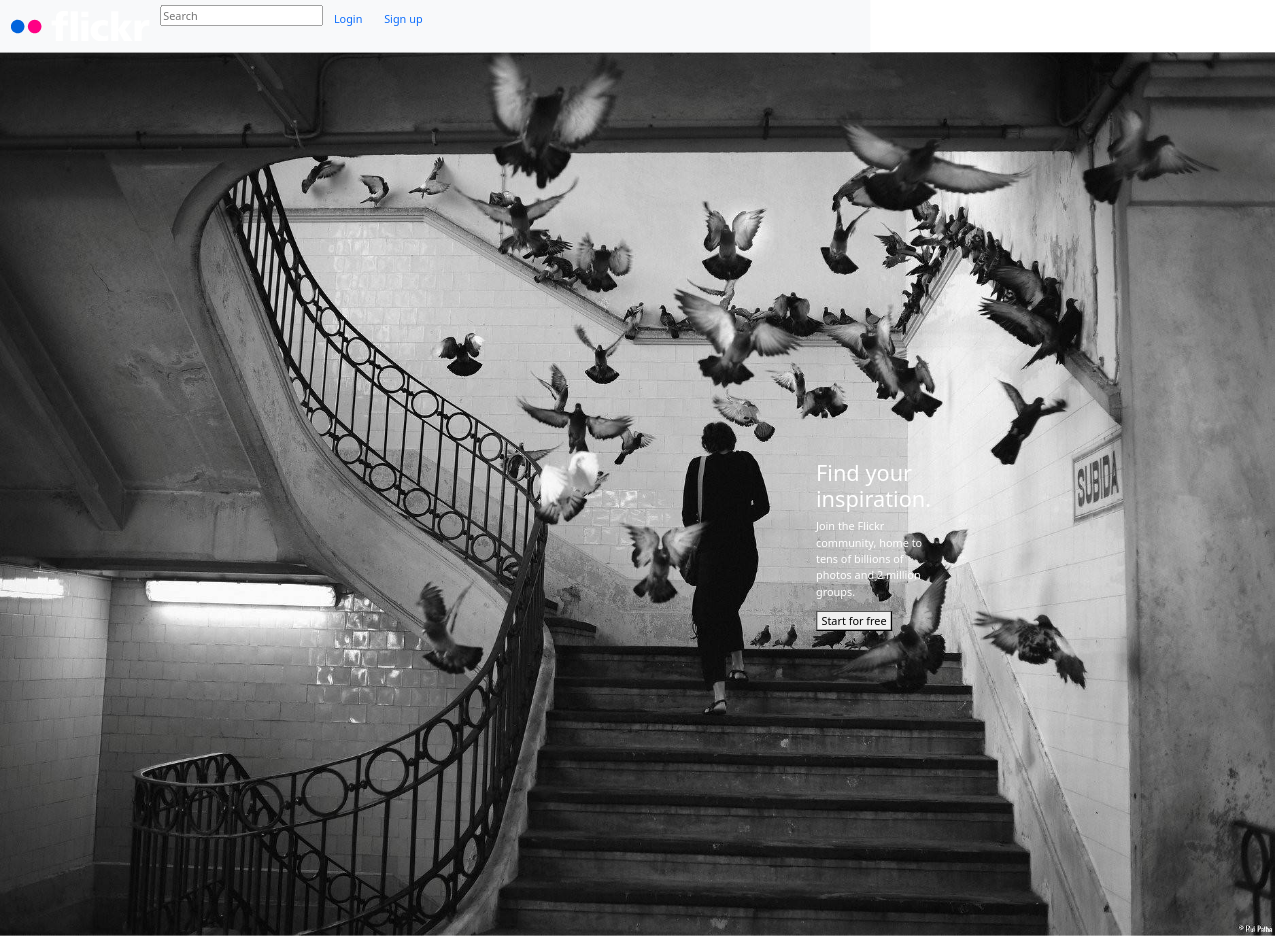
Repository: Alphosmart/LEVEL_1
Page: index.html
These files come from the project's save history. The page is drawn as it stood at one moment and after the next save; the edit follows.
The browser window is 1280 px wide. The page is 1875 px wide, so the pictures cover 1875 px, including what lies to the right of the window. The pictures show the whole page, at 68% of full size.

Above is the page before, as saved 2024-06-03 10:04:03.

### index.html
<!DOCTYPE html>
<html lang="en">
  <head>
    <meta charset="UTF-8" />
    <meta name="viewport" content="width=device-width, initial-scale=1.0" />
    <title>Flickr</title>
    <link rel="stylesheet" href="style.css" />
    <link rel="stylesheet" href="/bootstrap-5.3.3-dist/css/bootstrap.css" />
    <style>
      .mySlides {
        display: none;
      }
    </style>
  </head>
  <body>
    <nav class="navbar navbar-expand-lg bg-body-tertiary">
      <ul class="nav justify-content-end">
        <li class="nav-item">
          <img src="/svg-export/svgexport-2.svg" alt="" class="nav-link" />
        </li>
        <li class="nav-item"><input type="text" placeholder="Search" /></li>
        <li class="nav-item"><button class="nav-link">Login</button></li>
        <li class="nav-item"><button class="nav-link">Sign up</button></li>
      </ul>
    </nav>

    <section>
      <div
        style="
          position: absolute;
          margin: 400px 700px;
          padding: 200px 500px;
          align-items: center;
          color: white;
        "
      >
        <h2>Find your inspiration.</h2>
        <p>
          Join the Flickr community, home to tens of billions of photos and 2
          million groups.
        </p>
        <button>Start for free</button>
      </div>

      <div style="max-width: 500px">
        <img
          class="mySlides"
          src="/images/Barbara_van_der_Linde_Boet_and_Harvey.jpg"
          class="d-block w-100"
        />
        <img class="mySlides" src="/images/ines_maria_wingsofvienna.jpg"
        class="d-block w-100 />
        <img
          class="mySlides"
          src="/images/Kris_Peterson_Back_to_The_Future.jpg"
          class="d-block w-100"
        />
        <img
          class="mySlides"
          src="/images/Rui_Palha_Pigeons_at_Bolhao.jpg"
          class="d-block w-80"
        />
        <img
          class="mySlides"
          src="/images/Sally_Rose_Dolak_Tropical_Trendil_Treasure.jpg"
          class="d-block w-100"
        />
        <img
          class="mySlides"
          src="/images/Sean_Sweeney_Snow_Beauty.jpg"
          class="d-block w-100"
        />
      </div>
    </section>

    <script>
      var myIndex = 0;
      carousel();

      function carousel() {
        var i;
        var x = document.getElementsByClassName("mySlides");
        for (i = 0; i < x.length; i++) {
          x[i].style.display = "none";
        }
        myIndex++;
        if (myIndex > x.length) {
          myIndex = 1;
        }
        x[myIndex - 1].style.display = "block";
        setTimeout(carousel, 2000); // Change image every 2 seconds
      }
    </script>
  </body>
</html>

### style.css
/* body {
  font-family: Arial, sans-serif;
  margin: 0;
  padding: 0;
  box-sizing: border-box;
}

.slideshow-container {
  max-width: 500px;
  position: relative;
  margin: auto;
}

.mySlides {
  display: none;
}

.mySlides img {
  width: 100%;
  vertical-align: middle;
}

.fade {
  animation-name: fade;
  animation-duration: 2s;
  animation-iteration-count: infinite;
  animation-direction: alternate;
}

@keyframes fade {
  from {
    opacity: 0.4;
  }
  to {
    opacity: 1;
  }
}

@keyframes slide {
  0% {
    opacity: 0;
  }
  5% {
    opacity: 1;
  }
  20% {
    opacity: 1;
  }
  25% {
    opacity: 0;
  }
  100% {
    opacity: 0;
  }
}

.mySlides:nth-child(1) {
  animation: slide 12s infinite;
}

.mySlides:nth-child(2) {
  animation: slide 12s infinite 2s;
}

.mySlides:nth-child(3) {
  animation: slide 12s infinite 4s;
}

.mySlides:nth-child(4) {
  animation: slide 12s infinite 6s;
}

.mySlides:nth-child(5) {
  animation: slide 12s infinite 8s;
}

.mySlides:nth-child(6) {
  animation: slide 12s infinite 10s;
} */

Loaded but not shown: bootstrap-5.3.3-dist/css/bootstrap.css (library)

After the next save:
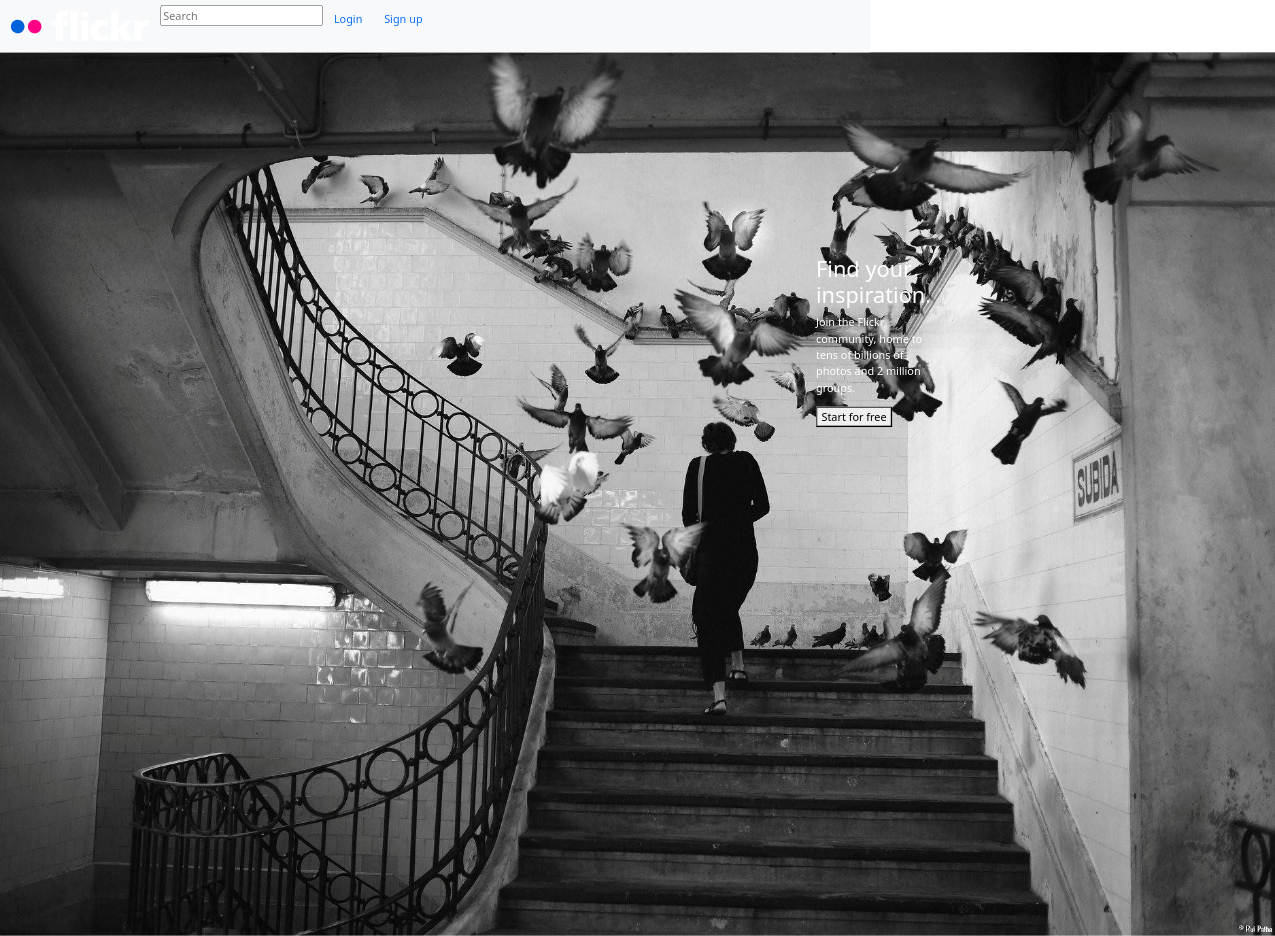
Saved 14 s later.
--- a/index.html
+++ b/index.html
@@ -28,8 +28,8 @@
       <div
         style="
           position: absolute;
-          margin: 400px 700px;
-          padding: 200px 500px;
+          margin: 200px 700px;
+          padding: 100px 500px;
           align-items: center;
           color: white;
         "
